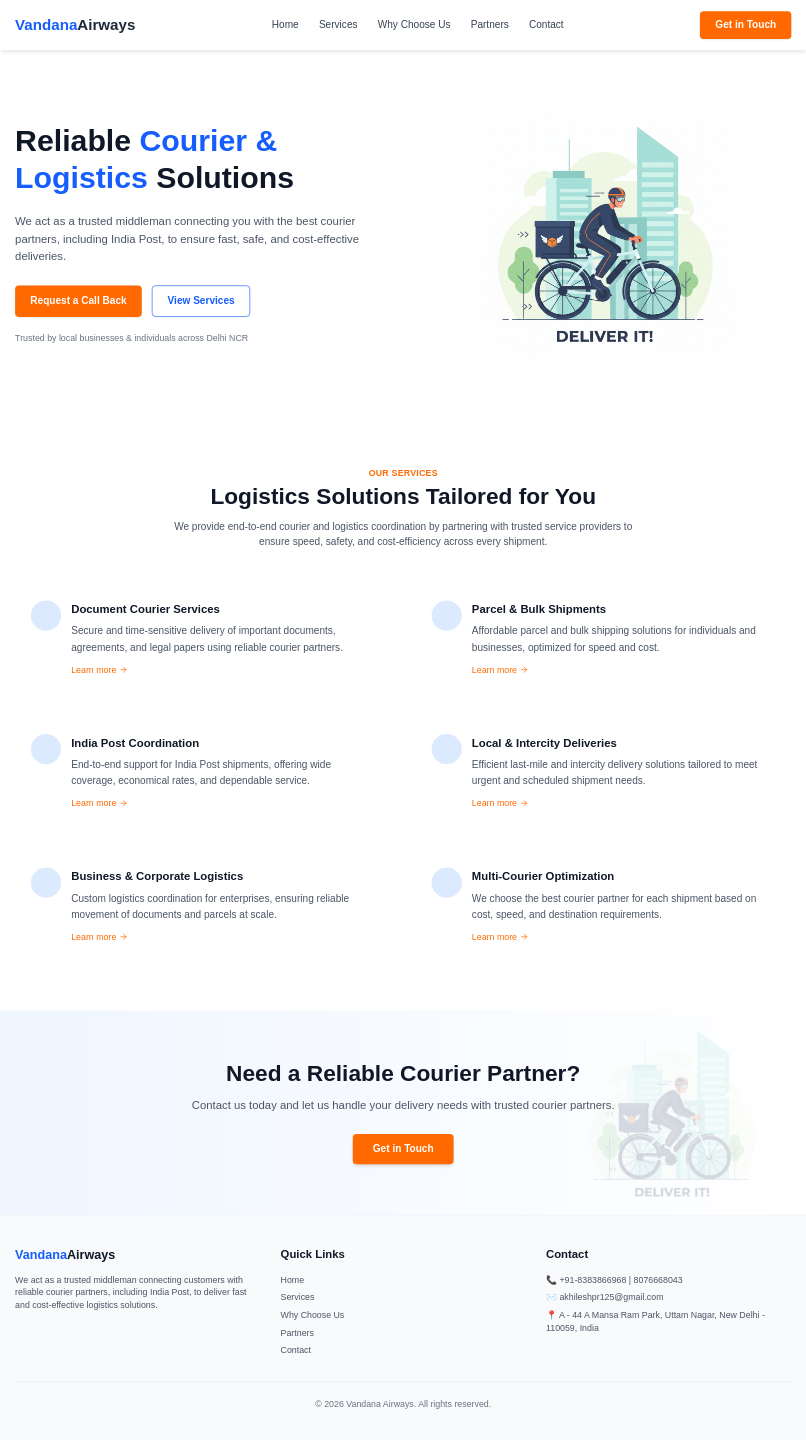
Repository: Rohit-foryou/Courier-Portfolio
Page: /
These files come from the project's save history. The page is drawn as it stood at one moment and after the next save; the edit follows.
The browser window is 1280 px wide. The pictures show the whole page, at 63% of full size.
The project was rebuilt for these pictures with package versions that can differ from the ones it lists, and the page was loaded fresh each time. The framework's server and built-in components were replaced by stand-ins that run in the browser. Also part of the build but not shown: next.config.ts.

Above is the page before, as saved 2026-02-09 22:56:04.

### app/layout.tsx
import "./globals.css";
import Navbar from "../components/Navbar";
import Footer from "../components/Fotter";

export const metadata = {
  title: "Courier Portfolio",
  description: "Courier & logistics service portfolio website",
};

export default function RootLayout({
  children,
}: {
  children: React.ReactNode;
}) {
  return (
    <html lang="en">
      <body>
        <Navbar />
        <main className="min-h-screen">{children}</main>
        <Footer />
      </body>
    </html>
  );
}

### app/page.tsx
import HeroSection from "../components/HeroSection";
import ServicesOverview from "../components/ServiceOverview";
import CTASection from "../components/CTASection";

export default function HomePage() {
  return (
    <>
      <HeroSection />
      <ServicesOverview />
      <CTASection />
    </>
  );
}

### components/Navbar.tsx
import Link from "next/link";

export default function Navbar() {
  return (
    <nav className="w-full bg-white sticky top-0 z-50 shadow-md">
      <div className="max-w-7xl mx-auto px-6">
        <div className="flex items-center justify-between h-20">

          {/* Logo */}
          <Link href="/" className="flex items-center">
            <span className="text-2xl font-bold text-blue-600">
              Vandana<span className="text-gray-800">Airways</span>
            </span>
          </Link>

          {/* Navigation Links */}
          <div className="hidden md:flex items-center space-x-8 text-gray-700 font-medium">
            {["Home", "Services", "Why Choose Us", "Partners", "Contact"].map(
              (item) => (
                <Link
                  key={item}
                  href={item === "Home" ? "/" : `/${item.toLowerCase().replace(/\s/g, "-")}`}
                  className="relative hover:text-blue-600 transition after:absolute after:left-0 after:-bottom-1 after:w-0 after:h-[2px] after:bg-orange-500 hover:after:w-full after:transition-all"
                >
                  {item}
                </Link>
              )
            )}
          </div>

          {/* CTA Button */}
          <Link
            href="/contact"
            className="bg-orange-500 text-white px-6 py-2.5 rounded-md font-semibold hover:bg-orange-600 transition shadow-sm"
          >
            Get in Touch
          </Link>
        </div>
      </div>
    </nav>
  );
}

### components/Fotter.tsx
import Link from "next/link";

export default function Footer() {
  return (
    <footer className="bg-gray-50 border-t border-gray-200">
      <div className="max-w-7xl mx-auto px-6 py-12">
        <div className="grid grid-cols-1 md:grid-cols-3 gap-8">
          {/* Brand / About */}
          <div>
            <h3 className="text-xl font-bold text-blue-600">
  Vandana<span className="text-gray-900">Airways</span>
</h3>

            <p className="mt-4 text-gray-600 text-sm">
              We act as a trusted middleman connecting customers with reliable
              courier partners, including India Post, to deliver fast and
              cost-effective logistics solutions.
            </p>
          </div>

          {/* Quick Links */}
          <div>
            <h4 className="text-lg font-semibold text-gray-900 mb-4">
Quick Links</h4>
            <ul className="mt-4 space-y-2 text-sm">
              <li>
                <Link
                  href="/"
                  className="text-gray-600 hover:text-blue-600 transition"
                >
                  Home
                </Link>
              </li>
              <li>
                <Link
                  href="/services"
                  className="text-gray-600 hover:text-blue-600 transition"
                >
                  Services
                </Link>
              </li>
              <li>
                <Link
                  href="/why-choose-us"
                  className="text-gray-600 hover:text-blue-600 transition"
                >
                  Why Choose Us
                </Link>
              </li>
              <li>
                <Link
                  href="/partners"
                  className="text-gray-600 hover:text-blue-600 transition"
                >
                  Partners
                </Link>
              </li>
              <li>
                <Link
                  href="/contact"
                  className="text-gray-600 hover:text-blue-600 transition"
                >
                  Contact
                </Link>
              </li>
            </ul>
          </div>

          {/* Contact Info */}
          <div>
            <h4 className="text-lg font-semibold text-gray-900">Contact</h4>
            <ul className="mt-4 space-y-2 text-gray-600 text-sm">
              <li>📞 +91-8383866968 | 8076668043</li>
              <li>✉️ akhileshpr125@gmail.com</li>
              <li>
                📍 A - 44 A Mansa Ram Park, Uttam Nagar, New Delhi - 110059, India
              </li>
            </ul>
          </div>
        </div>

        {/* Bottom Bar */}
        <div className="mt-10 border-t border-gray-200 pt-6 text-center text-sm text-gray-500">
          © {new Date().getFullYear()} Vandana Airways. All rights reserved.
        </div>
      </div>
    </footer>
  );
}

### components/HeroSection.tsx
import Link from "next/link";
import Image from "next/image";

export default function HeroSection() {
  return (
    <section className="bg-white">
      <div className="max-w-7xl mx-auto px-6 py-20 grid grid-cols-1 md:grid-cols-2 gap-12 items-center">

        {/* Left Content */}
        <div>
          <h1 className="text-4xl md:text-5xl font-bold text-gray-900 leading-tight">
            Reliable <span className="text-blue-600">Courier & Logistics</span>{" "}
            Solutions
          </h1>

          <p className="mt-6 text-lg text-gray-600">
            We act as a trusted middleman connecting you with the best courier
            partners, including India Post, to ensure fast, safe, and
            cost-effective deliveries.
          </p>

          {/* CTA Buttons */}
          <div className="mt-8 flex flex-wrap gap-4">
            <Link
              href="/contact"
              className="bg-orange-500 text-white px-6 py-3 rounded-md font-semibold hover:bg-orange-600 transition shadow-sm"
            >
              Request a Call Back
            </Link>

            <Link
              href="/services"
              className="border border-blue-600 text-blue-600 px-6 py-3 rounded-md font-semibold hover:bg-blue-50 transition"
            >
              View Services
            </Link>
          </div>

          {/* Trust Signal */}
          <p className="mt-6 text-sm text-gray-500">
            Trusted by local businesses & individuals across Delhi NCR
          </p>
        </div>

        {/* Right Visual */}
        <div className="flex justify-center">
          <Image
            src="/images/courier-illustration.png"
            alt="Courier and logistics illustration"
            width={420}
            height={320}
            className="object-contain"
            priority
          />
        </div>
      </div>
    </section>
  );
}

### components/ServiceOverview.tsx
import ServiceCard from "./ServiceCard";

export default function ServiceOverview() {
  return (
    <section className="bg-white py-20">
      <div className="max-w-7xl mx-auto px-6">
        {/* Section Header */}
        <div className="text-center max-w-3xl mx-auto">
          <p className="text-sm font-semibold text-orange-500 uppercase tracking-wide">
            Our Services
          </p>
          <h2 className="mt-2 text-3xl md:text-4xl font-bold text-gray-900">
            Logistics Solutions Tailored for You
          </h2>
          <p className="mt-4 text-gray-600">
            We provide end-to-end courier and logistics coordination by
            partnering with trusted service providers to ensure speed, safety,
            and cost-efficiency across every shipment.
          </p>
        </div>

        {/* Services Grid */}
        <div className="mt-14 grid grid-cols-1 md:grid-cols-2 gap-10">
          <ServiceCard
            title="Document Courier Services"
            description="Secure and time-sensitive delivery of important documents, agreements, and legal papers using reliable courier partners."
          />
          <ServiceCard
            title="Parcel & Bulk Shipments"
            description="Affordable parcel and bulk shipping solutions for individuals and businesses, optimized for speed and cost."
          />
          <ServiceCard
            title="India Post Coordination"
            description="End-to-end support for India Post shipments, offering wide coverage, economical rates, and dependable service."
          />
          <ServiceCard
            title="Local & Intercity Deliveries"
            description="Efficient last-mile and intercity delivery solutions tailored to meet urgent and scheduled shipment needs."
          />
          <ServiceCard
            title="Business & Corporate
            Logistics"
            description="Custom logistics coordination for enterprises, ensuring reliable movement of documents and parcels at scale."
          />
          <ServiceCard
            title="Multi-Courier Optimization"
            description="We choose the best courier partner for each shipment based on cost, speed, and destination requirements."
          />
        </div>
      </div>
    </section>
  );
}

### components/CTASection.tsx
import Link from "next/link";
import Image from "next/image";

export default function CTASection() {
  return (
    <section className="relative overflow-hidden bg-gradient-to-r from-blue-50 to-white py-20">

      {/* Background Image (subtle, like Trackon) */}
      <div className="absolute right-0 top-0 h-full w-1/3 opacity-20 hidden md:block">
        <Image
          src="/images/courier-illustration.png"
          alt="Courier illustration"
          fill
          className="object-contain"
        />
      </div>

      {/* Content */}
      <div className="relative max-w-4xl mx-auto text-center px-6">
        <h2 className="text-3xl md:text-4xl font-bold text-gray-900">
          Need a Reliable Courier Partner?
        </h2>

        <p className="mt-4 text-gray-600 text-lg">
          Contact us today and let us handle your delivery needs with trusted
          courier partners.
        </p>

        <Link
          href="/contact"
          className="inline-block mt-8 bg-orange-500 hover:bg-orange-600 text-white px-8 py-3 rounded-md font-semibold transition shadow-md"
        >
          Get in Touch
        </Link>
      </div>
    </section>
  );
}

### components/ServiceCard.tsx
import Link from "next/link";
import { ArrowRight } from "lucide-react";
import { ReactNode } from "react";

type ServiceCardProps = {
  title: string;
  description: string;
  icon: ReactNode;
};

export default function ServiceCard({ title, description, icon }: ServiceCardProps) {
  return (
    <div className="group flex gap-4 p-6 bg-white hover:bg-gray-50 transition rounded-lg border border-transparent hover:border-gray-200">

      {/* Icon */}
      <div className="flex-shrink-0">
        <div className="w-12 h-12 rounded-full bg-blue-100 flex items-center justify-center text-blue-500">
          {icon}
        </div>
      </div>

      {/* Content */}
      <div>
        <h3 className="text-lg font-semibold text-gray-900">
          {title}
        </h3>

        <p className="mt-2 text-gray-600 leading-relaxed">
          {description}
        </p>

        <Link
          href="/services"
          className="inline-flex items-center gap-1 mt-3 text-sm font-medium text-orange-500 hover:gap-2 transition-all"
        >
          Learn more <ArrowRight size={14} />
        </Link>
      </div>
    </div>
  );
}

Loaded but not shown: app/globals.css (common file)

After the next save:
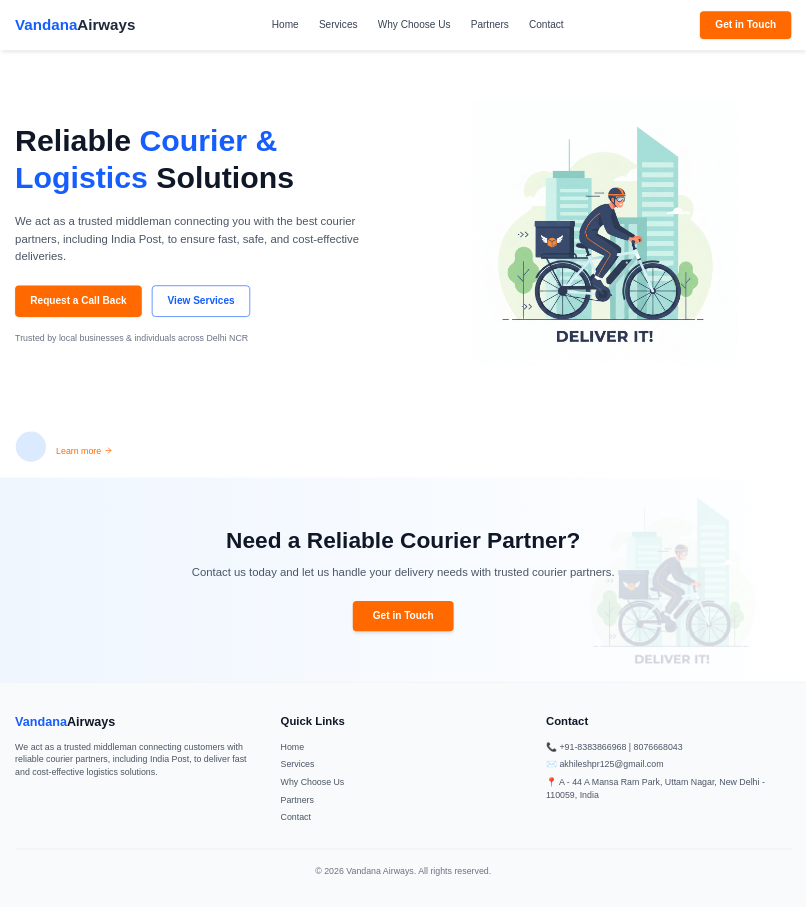
Saved 6 s later.
--- a/components/ServiceOverview.tsx
+++ b/components/ServiceOverview.tsx
@@ -1,53 +1,41 @@
-import ServiceCard from "./ServiceCard";
+import Link from "next/link";
+import { ArrowRight } from "lucide-react";
+import { ReactNode } from "react";
 
-export default function ServiceOverview() {
+type ServiceCardProps = {
+  title: string;
+  description: string;
+  icon: ReactNode;
+};
+
+export default function ServiceCard({ title, description, icon }: ServiceCardProps) {
   return (
-    <section className="bg-white py-20">
-      <div className="max-w-7xl mx-auto px-6">
-        {/* Section Header */}
-        <div className="text-center max-w-3xl mx-auto">
-          <p className="text-sm font-semibold text-orange-500 uppercase tracking-wide">
-            Our Services
-          </p>
-          <h2 className="mt-2 text-3xl md:text-4xl font-bold text-gray-900">
-            Logistics Solutions Tailored for You
-          </h2>
-          <p className="mt-4 text-gray-600">
-            We provide end-to-end courier and logistics coordination by
-            partnering with trusted service providers to ensure speed, safety,
-            and cost-efficiency across every shipment.
-          </p>
-        </div>
+    <div className="group flex gap-4 p-6 bg-white hover:bg-gray-50 transition rounded-lg border border-transparent hover:border-gray-200">
 
-        {/* Services Grid */}
-        <div className="mt-14 grid grid-cols-1 md:grid-cols-2 gap-10">
-          <ServiceCard
-            title="Document Courier Services"
-            description="Secure and time-sensitive delivery of important documents, agreements, and legal papers using reliable courier partners."
-          />
-          <ServiceCard
-            title="Parcel & Bulk Shipments"
-            description="Affordable parcel and bulk shipping solutions for individuals and businesses, optimized for speed and cost."
-          />
-          <ServiceCard
-            title="India Post Coordination"
-            description="End-to-end support for India Post shipments, offering wide coverage, economical rates, and dependable service."
-          />
-          <ServiceCard
-            title="Local & Intercity Deliveries"
-            description="Efficient last-mile and intercity delivery solutions tailored to meet urgent and scheduled shipment needs."
-          />
-          <ServiceCard
-            title="Business & Corporate
-            Logistics"
-            description="Custom logistics coordination for enterprises, ensuring reliable movement of documents and parcels at scale."
-          />
-          <ServiceCard
-            title="Multi-Courier Optimization"
-            description="We choose the best courier partner for each shipment based on cost, speed, and destination requirements."
-          />
+      {/* Icon */}
+      <div className="flex-shrink-0">
+        <div className="w-12 h-12 rounded-full bg-blue-100 flex items-center justify-center text-blue-500">
+          {icon}
         </div>
       </div>
-    </section>
+
+      {/* Content */}
+      <div>
+        <h3 className="text-lg font-semibold text-gray-900">
+          {title}
+        </h3>
+
+        <p className="mt-2 text-gray-600 leading-relaxed">
+          {description}
+        </p>
+
+        <Link
+          href="/services"
+          className="inline-flex items-center gap-1 mt-3 text-sm font-medium text-orange-500 hover:gap-2 transition-all"
+        >
+          Learn more <ArrowRight size={14} />
+        </Link>
+      </div>
+    </div>
   );
 }

After the save that followed:
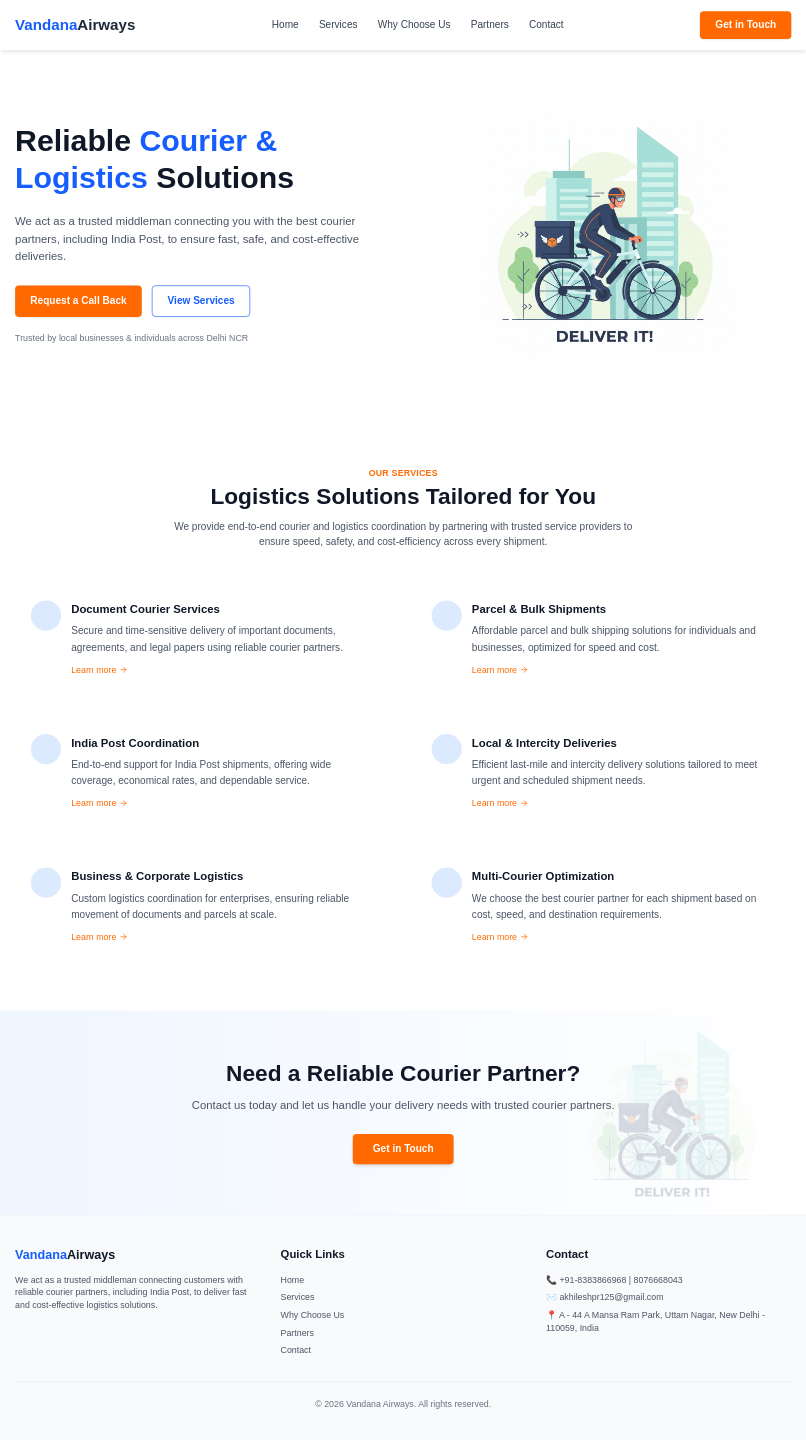
Saved 26 s later.
--- a/components/ServiceOverview.tsx
+++ b/components/ServiceOverview.tsx
@@ -1,41 +1,53 @@
-import Link from "next/link";
-import { ArrowRight } from "lucide-react";
-import { ReactNode } from "react";
+import ServiceCard from "./ServiceCard";
 
-type ServiceCardProps = {
-  title: string;
-  description: string;
-  icon: ReactNode;
-};
+export default function ServiceOverview() {
+  return (
+    <section className="bg-white py-20">
+      <div className="max-w-7xl mx-auto px-6">
+        {/* Section Header */}
+        <div className="text-center max-w-3xl mx-auto">
+          <p className="text-sm font-semibold text-orange-500 uppercase tracking-wide">
+            Our Services
+          </p>
+          <h2 className="mt-2 text-3xl md:text-4xl font-bold text-gray-900">
+            Logistics Solutions Tailored for You
+          </h2>
+          <p className="mt-4 text-gray-600">
+            We provide end-to-end courier and logistics coordination by
+            partnering with trusted service providers to ensure speed, safety,
+            and cost-efficiency across every shipment.
+          </p>
+        </div>
 
-export default function ServiceCard({ title, description, icon }: ServiceCardProps) {
-  return (
-    <div className="group flex gap-4 p-6 bg-white hover:bg-gray-50 transition rounded-lg border border-transparent hover:border-gray-200">
-
-      {/* Icon */}
-      <div className="flex-shrink-0">
-        <div className="w-12 h-12 rounded-full bg-blue-100 flex items-center justify-center text-blue-500">
-          {icon}
+        {/* Services Grid */}
+        <div className="mt-14 grid grid-cols-1 md:grid-cols-2 gap-10">
+          <ServiceCard
+            title="Document Courier Services"
+            description="Secure and time-sensitive delivery of important documents, agreements, and legal papers using reliable courier partners."
+          />
+          <ServiceCard
+            title="Parcel & Bulk Shipments"
+            description="Affordable parcel and bulk shipping solutions for individuals and businesses, optimized for speed and cost."
+          />
+          <ServiceCard
+            title="India Post Coordination"
+            description="End-to-end support for India Post shipments, offering wide coverage, economical rates, and dependable service."
+          />
+          <ServiceCard
+            title="Local & Intercity Deliveries"
+            description="Efficient last-mile and intercity delivery solutions tailored to meet urgent and scheduled shipment needs."
+          />
+          <ServiceCard
+            title="Business & Corporate
+            Logistics"
+            description="Custom logistics coordination for enterprises, ensuring reliable movement of documents and parcels at scale."
+          />
+          <ServiceCard
+            title="Multi-Courier Optimization"
+            description="We choose the best courier partner for each shipment based on cost, speed, and destination requirements."
+          />
         </div>
       </div>
-
-      {/* Content */}
-      <div>
-        <h3 className="text-lg font-semibold text-gray-900">
-          {title}
-        </h3>
-
-        <p className="mt-2 text-gray-600 leading-relaxed">
-          {description}
-        </p>
-
-        <Link
-          href="/services"
-          className="inline-flex items-center gap-1 mt-3 text-sm font-medium text-orange-500 hover:gap-2 transition-all"
-        >
-          Learn more <ArrowRight size={14} />
-        </Link>
-      </div>
-    </div>
+    </section>
   );
 }
